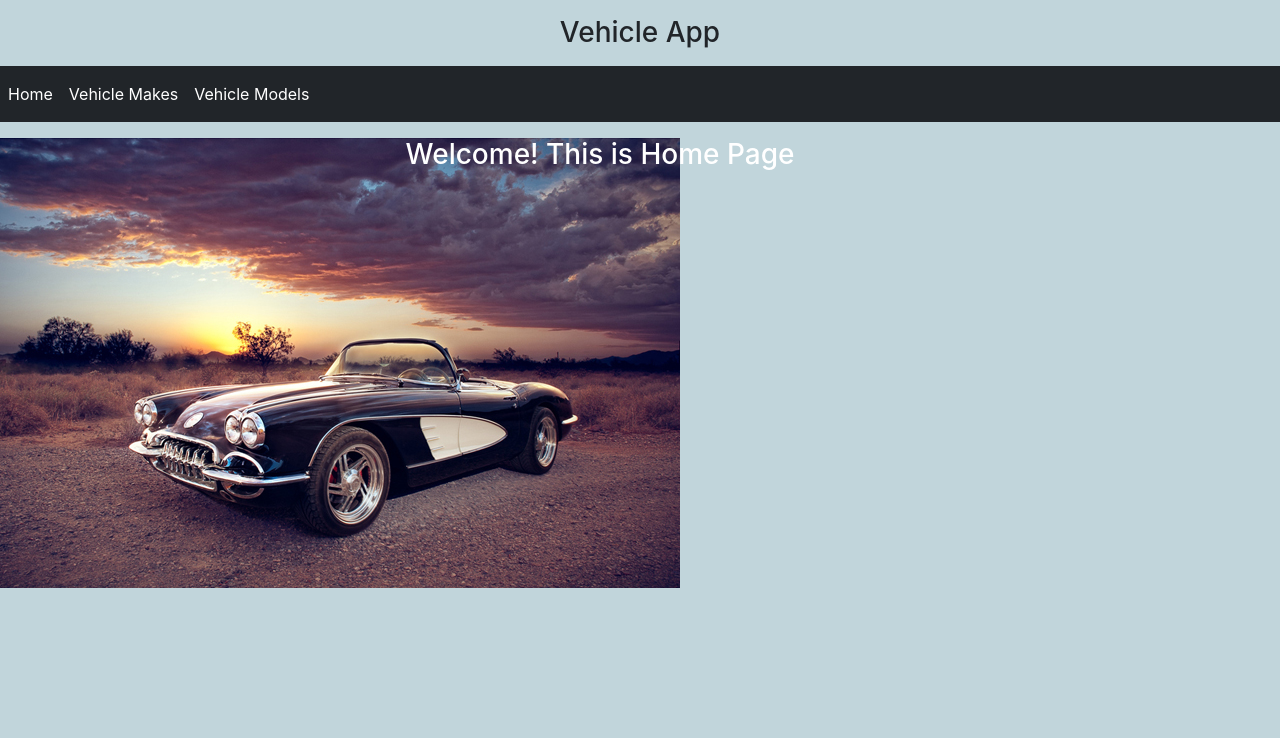
Repository: magdalenarajic/VehicleFrontend
Page: /
The author's editor kept a copy of each file at every save. The page is drawn from the files as they stood at one save, then again after the next save.
The browser window is 1280 px wide. The pictures show the whole page.
The project was rebuilt for these pictures with package versions that can differ from the ones it lists, and the page was loaded fresh each time. Also part of the build but not shown: src/App.css, src/services/makeService.js, src/stores/makeStore.js, src/components/VehicleMake.js, src/services/modelService.js, src/stores/modelStore.js, src/components/VehicleModel.js.

Above is the page before, as saved 2023-03-10 12:03:15.

### public/index.html
<!DOCTYPE html>
<html lang="en">
  <head>
    <meta charset="utf-8" />
    <link rel="icon" href="%PUBLIC_URL%/favicon.ico" />
    <meta name="viewport" content="width=device-width, initial-scale=1" />
    <meta name="theme-color" content="#000000" />
    <meta
      name="description"
      content="Web site created using create-react-app"
    />
    <link rel="apple-touch-icon" href="%PUBLIC_URL%/logo192.png" />
    <!--
      manifest.json provides metadata used when your web app is installed on a
      user's mobile device or desktop. See https://developers.google.com/web/fundamentals/web-app-manifest/
    -->
    <link rel="manifest" href="%PUBLIC_URL%/manifest.json" />
    <!--
      Notice the use of %PUBLIC_URL% in the tags above.
      It will be replaced with the URL of the `public` folder during the build.
      Only files inside the `public` folder can be referenced from the HTML.

      Unlike "/favicon.ico" or "favicon.ico", "%PUBLIC_URL%/favicon.ico" will
      work correctly both with client-side routing and a non-root public URL.
      Learn how to configure a non-root public URL by running `npm run build`.
    -->
    <link
  rel="stylesheet"
  href="https://cdn.jsdelivr.net/npm/bootstrap@5.2.3/dist/css/bootstrap.min.css"
  integrity="sha384-rbsA2VBKQhggwzxH7pPCaAqO46MgnOM80zW1RWuH61DGLwZJEdK2Kadq2F9CUG65"
  crossorigin="anonymous"
/>
    <title>React App</title>
  </head>
  <body>
    <noscript>You need to enable JavaScript to run this app.</noscript>
    <div id="root"></div>
    <!--
      This HTML file is a template.
      If you open it directly in the browser, you will see an empty page.

      You can add webfonts, meta tags, or analytics to this file.
      The build step will place the bundled scripts into the <body> tag.

      To begin the development, run `npm start` or `yarn start`.
      To create a production bundle, use `npm run build` or `yarn build`.
    -->
  </body>
</html>

### src/index.css
body {
  background-color: rgb(193, 213, 219);
  font-family: -apple-system, BlinkMacSystemFont, 'Segoe UI', 'Roboto', 'Oxygen',
    'Ubuntu', 'Cantarell', 'Fira Sans', 'Droid Sans', 'Helvetica Neue',
    sans-serif;
}

code {
  font-family: source-code-pro, Menlo, Monaco, Consolas, 'Courier New',
    monospace;
}

### src/App.js
import './App.css';
import { Home } from './components/Home';
import VehicleMake  from './components/VehicleMake';
import {Navigation} from './components/Navigation';
import VehicleModel from './components/VehicleModel';

import {BrowserRouter, Route, Routes} from 'react-router-dom';

function App() {
  return (
    <BrowserRouter>
    <div >
    <header>
      <h3 className="m-3 d-flex justify-content-center">
        Vehicle App
      </h3>
      </header>
      <div>
      <Navigation/>
       <Routes>
        <Route path='/' element={<Home/>} />
        <Route path='/Makes' element={<VehicleMake/>} />
        <Route path='/Models' element={<VehicleModel/>} />
       </Routes>
    </div>
    </div>
    </BrowserRouter>
  );
}

export default App;

### src/components/Home.js
import React, {Component} from 'react';
import image from '../img/photo4.jpg';
import { Container } from 'react-bootstrap';

export class Home extends Component{

    render(){
          return(
            <div style={{ backgroundImage:`url(${image})` ,
             backgroundRepeat:"no-repeat",
            height:600,width:1200}}>
                <h3 className="m-3 d-flex justify-content-center" style={{color: 'white'}}>
        Welcome!
        This is Home Page
      </h3>
            </div>
          )
    }
}

### src/components/Navigation.js
import React, { Component } from "react";
import { Navbar, Nav } from "react-bootstrap";

export class Navigation extends Component {
  render() {
    return (
      <Navbar bg="dark" variant="dark">
        <Nav variant="pills">
          <Nav.Link className="d-inline p-2 text-white " href="/">
            Home
          </Nav.Link>
          <Nav.Link className="d-inline p-2 text-white" href="/makes">
            Vehicle Makes
          </Nav.Link>
          <Nav.Link className="d-inline p-2 text-white" href="/models">
            Vehicle Models
          </Nav.Link>
        </Nav>
      </Navbar>
    );
  }
}

Loaded but not shown: src/index.js (common file); src/reportWebVitals.js (common file)

After the next save:
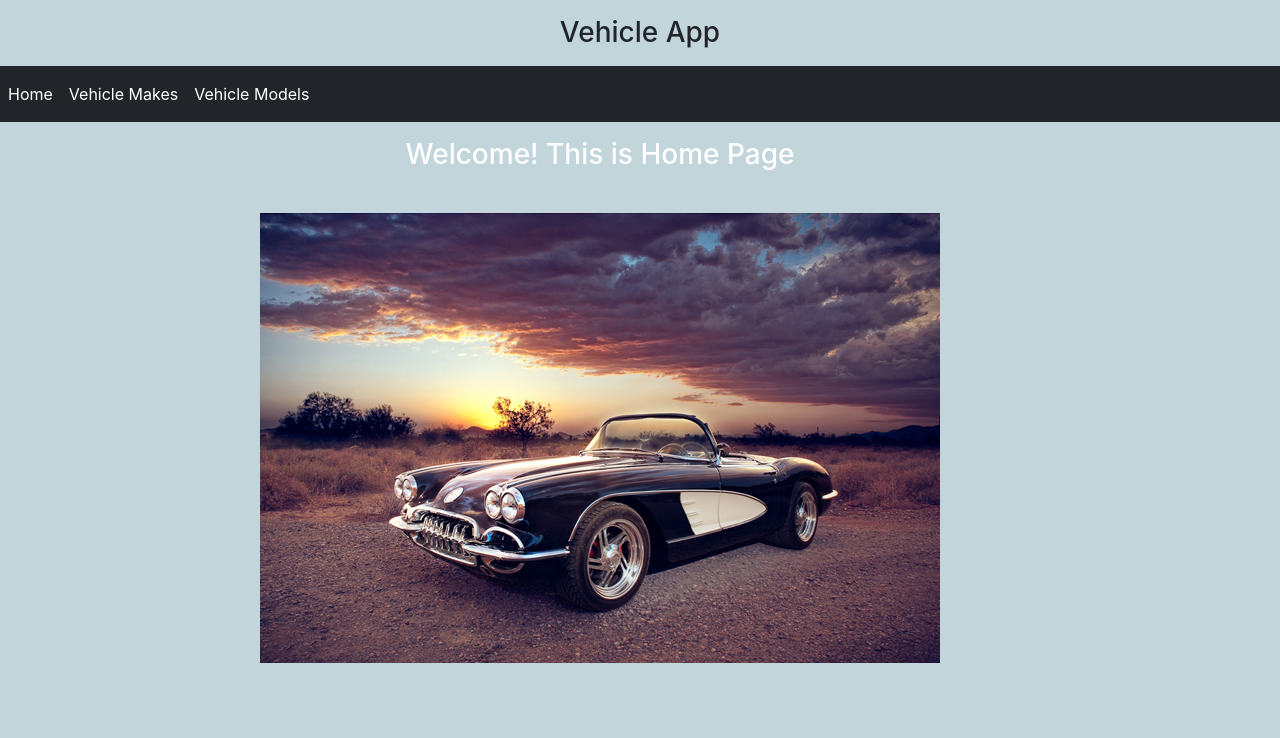
Saved 34 s later.
--- a/src/components/Home.js
+++ b/src/components/Home.js
@@ -8,6 +8,7 @@ export class Home extends Component{
           return(
             <div style={{ backgroundImage:`url(${image})` ,
              backgroundRepeat:"no-repeat",
+             backgroundPosition: "center",
             height:600,width:1200}}>
                 <h3 className="m-3 d-flex justify-content-center" style={{color: 'white'}}>
         Welcome!
